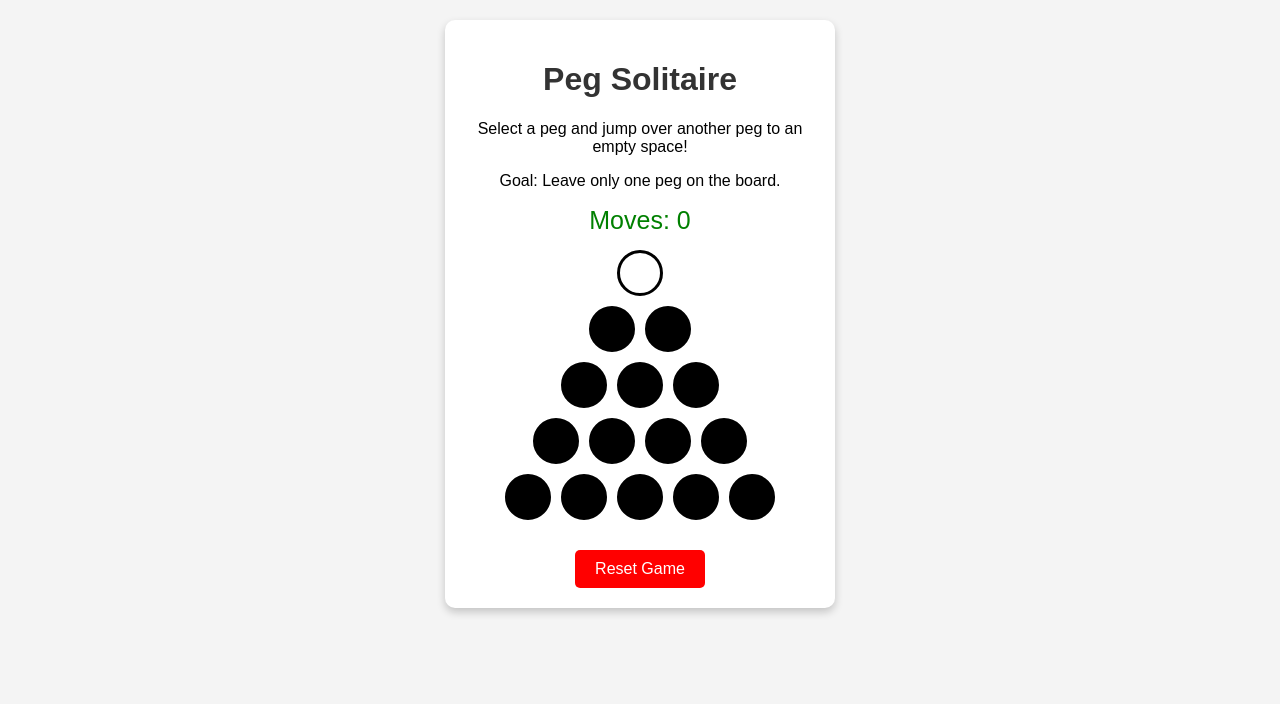
Repository: Yash19075/Mathematical-Peg-game
Page: Peg-game.html
An editor plug-in stored every save of this project. The page is shown before and after the next save, followed by the edit.
The browser window is 1280 px wide. The pictures show the whole page.

Above is the page before, as saved 2025-03-19 11:04:03.

After the next save:
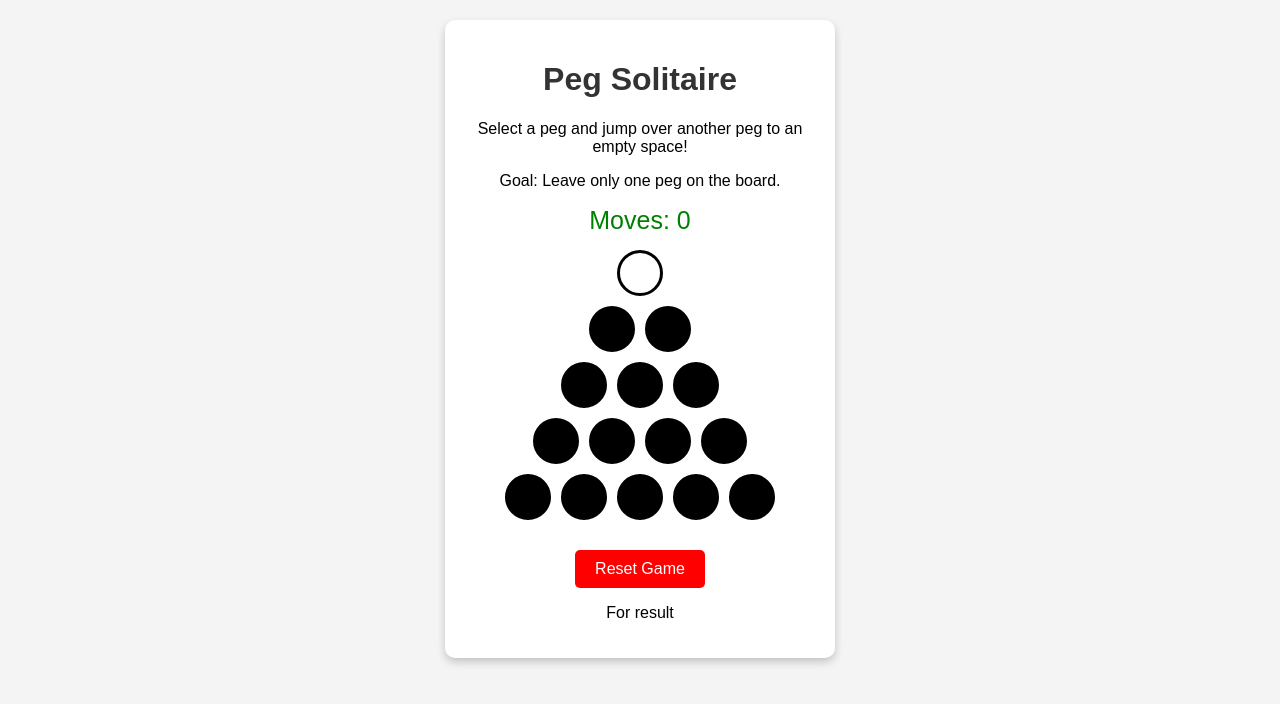
Saved 31 s later.
--- a/Peg-game.html
+++ b/Peg-game.html
@@ -44,6 +44,8 @@
         </div>
 
         <button id="reset-btn" onclick="resetGame()">Reset Game</button>
+
+        <p class="Result">For result</p>
     </div>
 
     <script src="Peg-game.js"></script>
